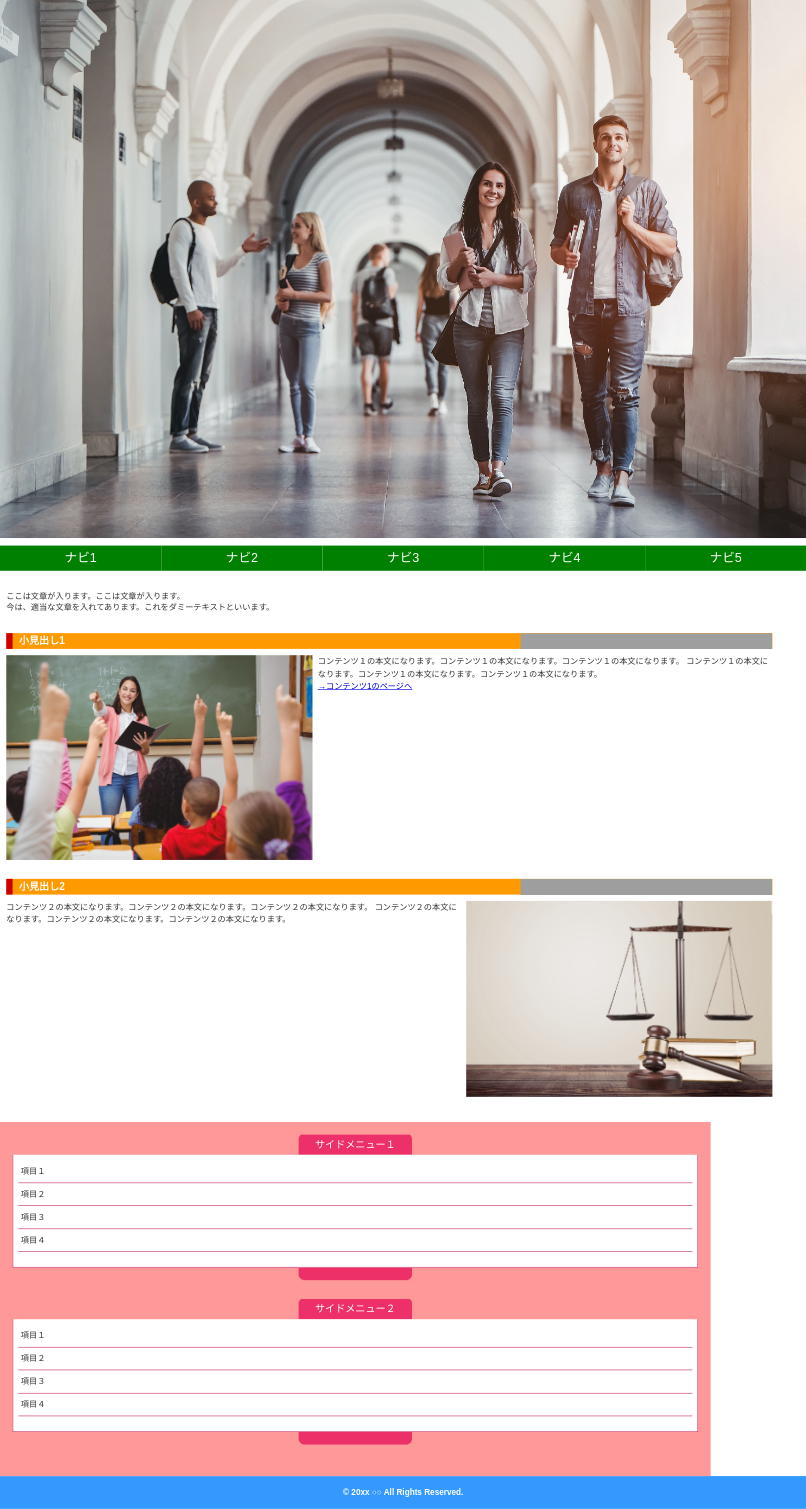
Repository: noritag/samurai_HTML-CSS
Page: home.html
The author's editor kept a record of every edit. The page is drawn from the files as they stood at one moment, then again after the next edit.
The browser window is 1280 px wide. The pictures show the whole page, at 63% of full size.
Pictures or frames that could not be fetched are drawn as grey boxes.

Above is the page before.

After the next edit:
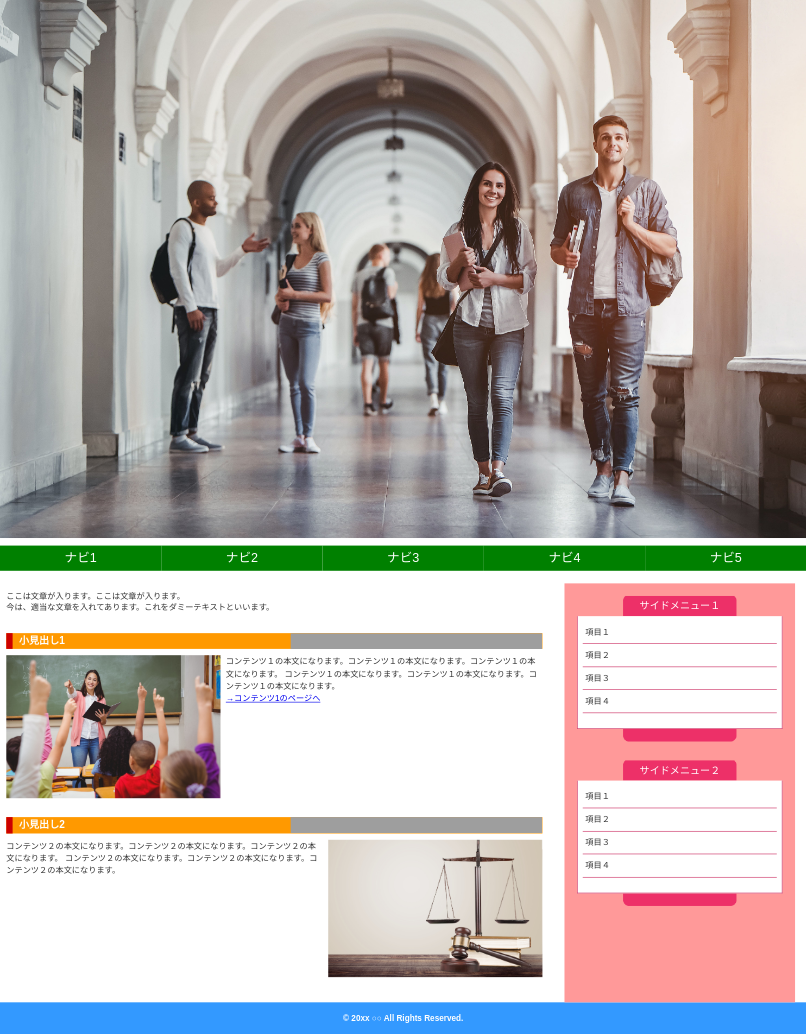
The edit:
--- a/stylesheet.css
+++ b/stylesheet.css
@@ -86,7 +86,7 @@
     padding-top: 20px;
     clear: both;
     display: grid;
-    grid-temple-columns: 70vw 30vw;
+    grid-template-columns: 70vw 30vw;
 }
 
 /* -------------------- main -------------------- */
